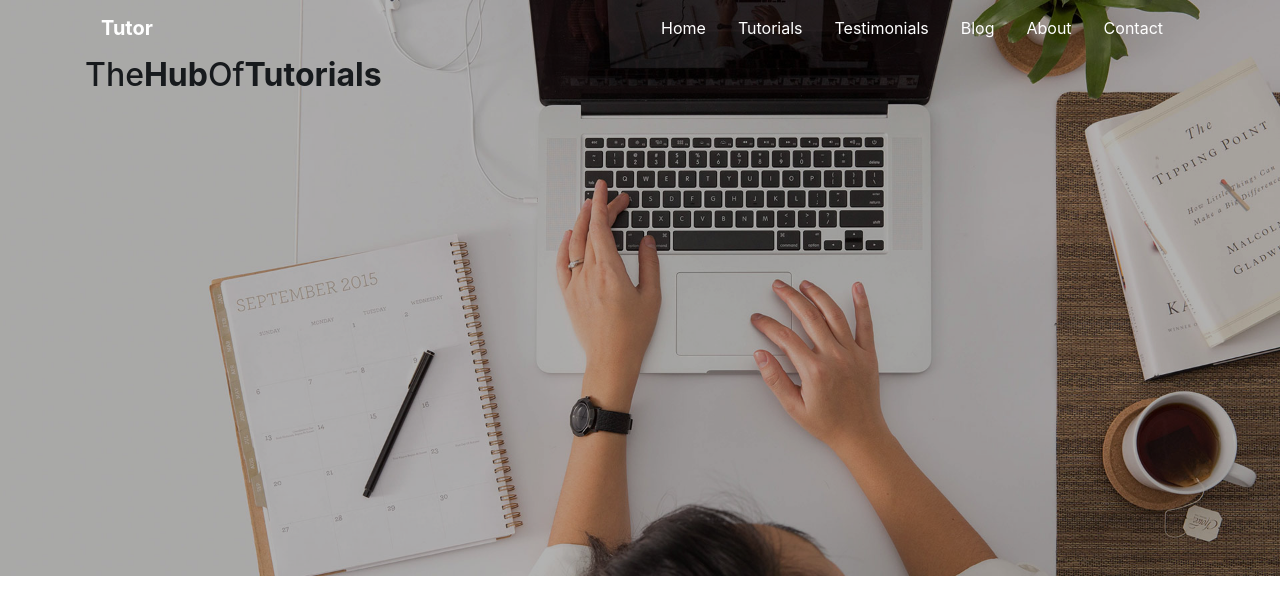
Repository: longvh2003/Tutor
Page: Views/home.html
An editor plug-in stored every save of this project. The page is shown before and after the next save, followed by the edit.
The browser window is 1280 px wide. The pictures show the whole page.
Some web libraries are served in a nearby version.

Above is the page before, as saved 2020-08-12 16:17:24.

After the next save:
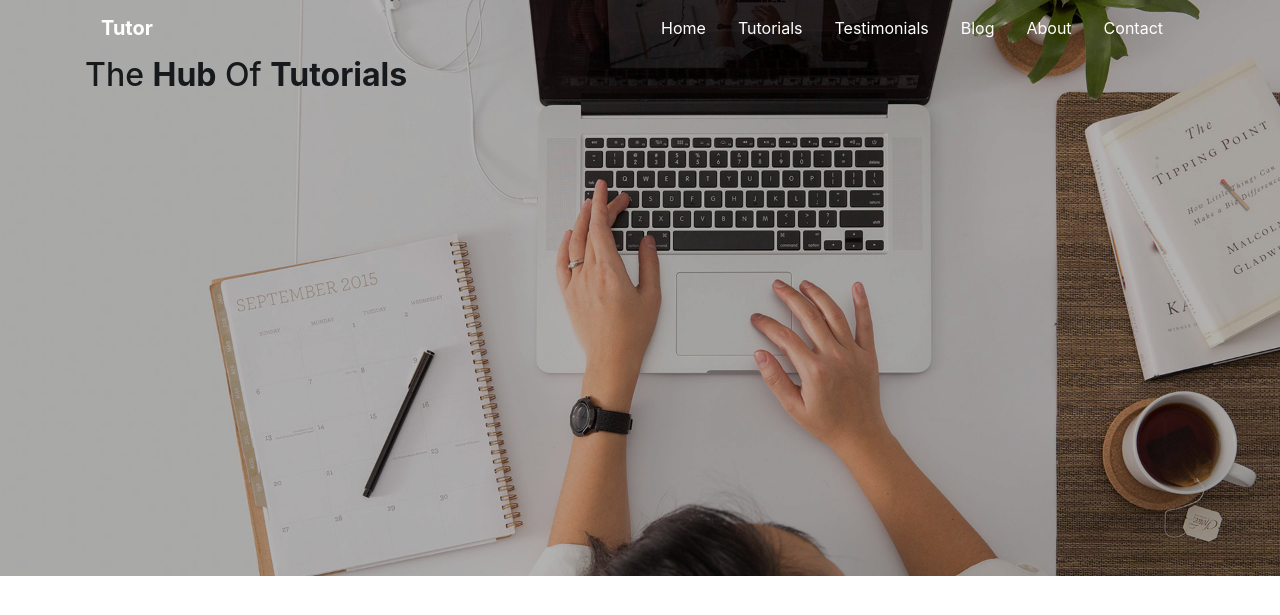
Saved 10 s later.
--- a/Views/home.html
+++ b/Views/home.html
@@ -39,7 +39,7 @@
                 </ul>
             </nav>
             <div>
-                <h2>The<strong>Hub</strong>Of<strong>Tutorials</strong></h2>
+                <h2>The <strong>Hub</strong> Of <strong>Tutorials</strong></h2>
             </div>
         </div>
     </section>
